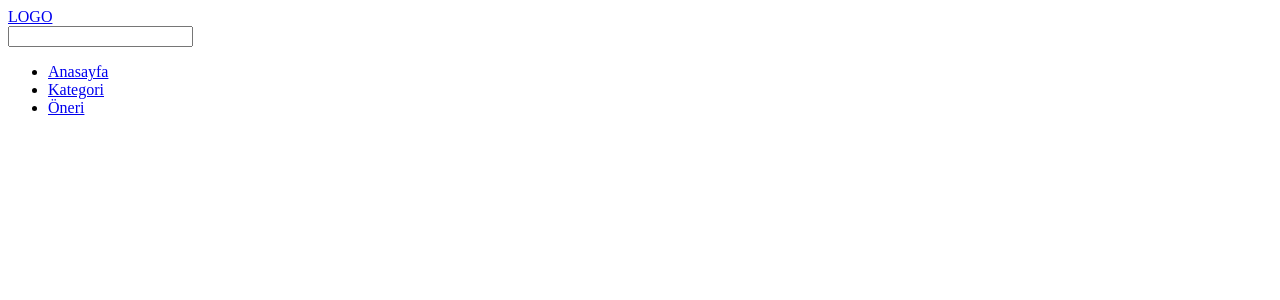
Repository: mehmethd/1-week-html-css-js
Page: index.html
The author's editor kept a copy of each file at every save. The page is drawn from the files as they stood at one save, then again after a run of saves.
The browser window is 1280 px wide. The pictures show the whole page.

Above is the page before, as saved 2024-01-26 12:33:15.

After the next 9 saves:
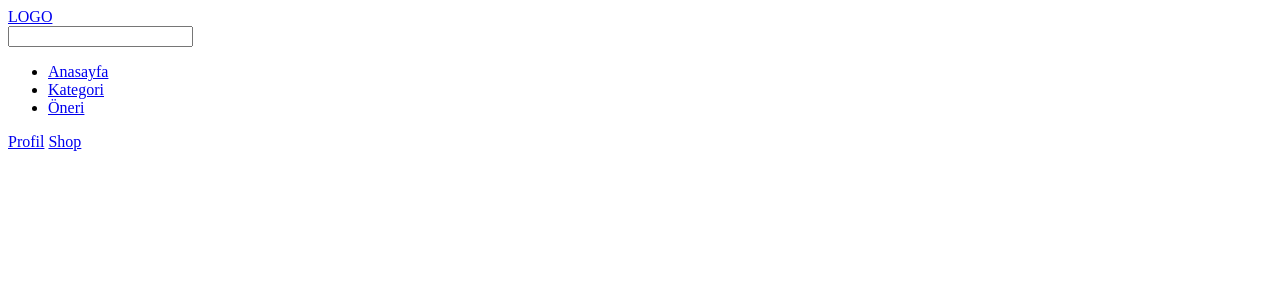
The 9 saves are shown as one change because they came seconds apart.
The last was saved 20 min 5 s later.
--- a/index.html
+++ b/index.html
@@ -25,7 +25,8 @@
                 </a>
             </div>
             <div class="loginAndCart">
-
+                <a href="#">Profil</a>
+                <a href="#">Shop</a>
             </div>
         </div>
     </header>
